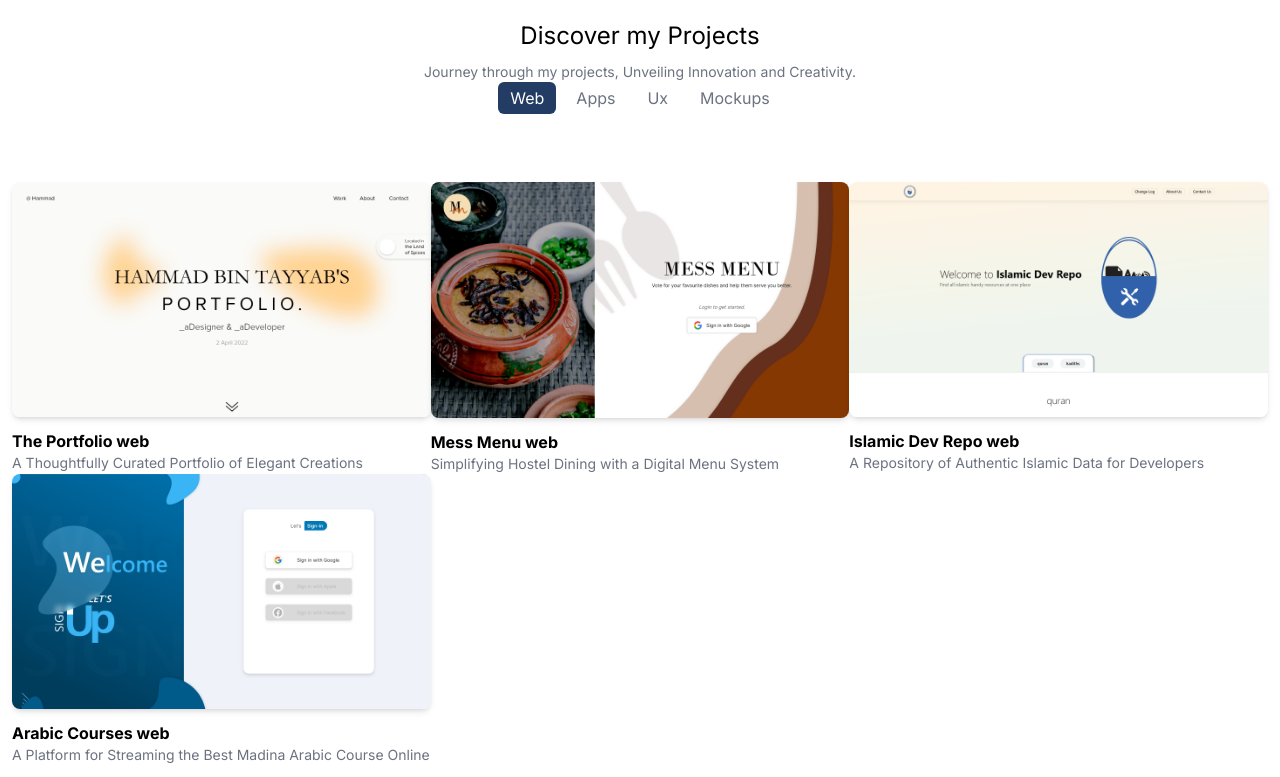
Repository: SpicierEwe/my_portfolio_v2
Page: /
An editor plug-in stored every save of this project. The page is shown before and after the next save, followed by the edit.
The browser window is 1280 px wide. The pictures show the whole page.
The project was rebuilt for these pictures with package versions that can differ from the ones it lists, and the page was loaded fresh each time. The framework's server and built-in components were replaced by stand-ins that run in the browser. Also part of the build but not shown: next.config.js, core/utils/customIcons.js, core/utils/utils.tsx, core/db/sub_db_data/ux_db.js.

Above is the page before, as saved 2024-04-22 11:10:17.

### app/page.tsx
import DevicePreview from "@/Components/Device_preview/device_preview";
import HeroSection from "@/Components/Hero_section/hero_section";
import WorkSection from "@/Components/Work_section/work_section";
import Image from "next/image";

export default function Home() {
  return (
    <main>
      {/* <div className="absolute z-30 overflow-hidden bottom-0 ">
        <DevicePreview  />
      </div> */}
      {/* <div className="overflow-hidden">
        <HeroSection />
      </div> */}

      <WorkSection />
    </main>
  );
}

### app/globals.css
@layer base {

  @font-face {
    font-family: 'Garamond';
    src: url('../public/fonts/EBGaramond-VariableFont_wght.ttf');

  }

  @font-face {
    font-family: 'Proxima Nova';
    src: url('../public/fonts/MarkSimonsonProximaNovaRegular.otf');
    font-weight: normal;
    font-style: normal;
  }


  @font-face {
    font-family: "Rage";
    src: url("../public/fonts/rage.ttf");
  }
}

@tailwind base;
@tailwind components;
@tailwind utilities;

:root {
  --foreground-rgb: 0, 0, 0;
  --background-start-rgb: 214, 219, 220;
  --background-end-rgb: 255, 255, 255;

}

@media (prefers-color-scheme: dark) {
  :root {
    --foreground-rgb: 255, 255, 255;
    --background-start-rgb: 0, 0, 0;
    --background-end-rgb: 0, 0, 0;
  }
}

body {

  /* background: #F5F5F5; */
}

### Components/Work_section/work_section.tsx
"use client";

import { db } from "../../core/db/db";
import Image from "next/image";
import Link from "next/link";
import { useState } from "react";

export default function WorkSection() {
  const navItems: string[] = Object.keys(db.portfolioItems);
  const [selectedNavItemIndex, setSelectedNavItemIndex] = useState<number>(0);
  return (
    <section className="">
      {/* header */}
      <header className="flex flex-col items-center pt-5">
        <h2 className="text-center text-2xl">Discover my Projects</h2>
        <p className="text-center text-sm mt-2.5 text-gray-500">
          Journey through my projects, Unveiling Innovation and Creativity.
        </p>
      </header>
      {/* nav */}
      <nav>
        <ul className="flex justify-center mt-6 gap-2 flex-wrap">
          {navItems.map((item, index) => {
            const isSelected: Boolean = selectedNavItemIndex == index;
            return (
              <li
                className={`${
                  isSelected ? "bg-brand-color" : ""
                } px-3 py-1 rounded-md cursor-pointer`}
                onClick={() => setSelectedNavItemIndex(index)}
                key={index}
              >
                <Link
                  href="#"
                  className={`${
                    isSelected ? "text-white" : "text-gray-500"
                  } capitalize`}
                >
                  {item}
                </Link>
              </li>
            );
          })}
        </ul>
      </nav>

      <main>
        {/* projects */}
        <div className="grid grid-cols-1 md:grid-cols-2 lg:grid-cols-3 gap-4 mt-14 px-3 py-3">
          {(db.portfolioItems as any)[navItems[selectedNavItemIndex]].map(
            (item: any, index: number) => {
              const selectedNavItemName: string =
                navItems[selectedNavItemIndex];
              const projectName: string = item["projectName"];
              const imageLink: string = item["imageLink"];
              const tagLine = item["projectTagLine"];
              return (
                <div key={index}>
                  {
                    <Image
                      className="shadow-md rounded-lg"
                      src={imageLink}
                      alt={projectName}
                      height={200}
                      width={200}
                      layout="responsive"
                    ></Image>
                  }
                  <div className="ml-1">
                    <p className="mt-3 font-bold">
                      {projectName} {selectedNavItemName}
                    </p>
                    <p className="text-gray-500 text-sm">{tagLine}</p>
                  </div>
                </div>
              );
            }
          )}
        </div>
      </main>
    </section>
  );
}

### core/db/db.js
import { websitesDb } from "./sub_db_data/websites_db";
import { appsDb } from "./sub_db_data/apps_db";
import { uxDb } from "./sub_db_data/ux_db";
import { mockupsDb } from "./sub_db_data/mockups_db";

export const db = {
  portfolioItems: {
    web: websitesDb,
    apps: appsDb,
    ux: uxDb,
    mockups: mockupsDb,
  },
};

### core/db/sub_db_data/websites_db.js
import { embedCustomLinks } from "../../utils/utils";

export const websitesDb = [
  {
    projectName: "The Portfolio",
    projectId: "e2f9658b-f9bb-4d2c-ac8c-113a56d9204f",
    projectTagLine: "A Thoughtfully Curated Portfolio of Elegant Creations",
    link: "https://hammadtayyab.vercel.app/",
    imageLink: "/images/websites/my_portfolio.png",
    info: "This portfolio project showcases a minimalist design, highlighting my work and skills with clarity and finesse. The aim was to provide a seamless user experience and intuitive navigation, creating a comprehensive and sophisticated display of my professional journey.",
    roles: [
      "Data Analyst",
      "Designer",
      "Developer",
      "Maintainer",
      "Product Manager",
      "Tester/Quality Assurance",
      "Researcher",
      "DevOps Engineer",
      "Technical Writer",
      "Project Manager",
    ],
    techStack: [
      "NextJs",
      "React",
      "TypeScript",
      "TailwindCSS",
      "HTML",
      "CSS",
      "JavaScript",
      "Git",
      "Vercel",
    ],
  },
  {
    projectId: "566ec8d6-4d5d-4f22-9580-2c574f7122fb",
    projectName: "Mess Menu",
    projectTagLine: "Simplifying Hostel Dining with a Digital Menu System",
    link: "https://messmenu.vercel.app/",
    imageLink: "/images/websites/mess_menu.png",
    info: "This project streamlines the process of hostel dining by offering a digital menu system for students. Monthly menus are curated through community voting, allowing students to have a say in their dining options. Originating from a friend's final year project, the focus was on user-centric design and functionality, ensuring a seamless experience for all users.",
    roles: [
      "Data Analyst",
      "Designer",
      "Developer",
      "Maintainer",
      "Product Manager",
      "Tester/Quality Assurance",
      "Researcher",
      "DevOps Engineer",
      "Technical Writer",
      "Project Manager",
    ],
    techStack: [
      "NextJs",
      "React",
      "HTML",
      "CSS",
      "JavaScript",
      "Git",
      "Vercel",
      "Firebase",
      "Firebase Auth",
    ],
  },
  {
    projectId: "e3a52953-0a4d-43c3-b874-bd55925f6a7e",
    projectName: "Islamic Dev Repo",
    projectTagLine: "A Repository of Authentic Islamic Data for Developers",
    link: "https://islamic-dev-repo.vercel.app/",
    imageLink: "/images/websites/islamic_dev_repo.png",
    info: "This project offers developers a curated repository of reliable Islamic data that can be seamlessly integrated into various applications. With a focus on authenticity and compatibility across multiple devices, this repository provides a trustworthy source of information for developers working on Islamic-related projects.",
    roles: [
      "Data Analyst",
      "Designer",
      "Developer",
      "Maintainer",
      "Product Manager",
      "Tester/Quality Assurance",
      "Researcher",
      "DevOps Engineer",
      "Technical Writer",
      "Project Manager",
    ],
    techStack: [
      "NextJs",
      "React",
      "HTML",
      "CSS",
      "JavaScript",
      "Git",
      "Vercel",
      "Python",
    ],
  },
  {
    projectId: "87693335-b9d6-434c-8428-5d8266482050",
    projectName: "Arabic Courses",
    projectTagLine:
      "A Platform for Streaming the Best Madina Arabic Course Online",
    link: "https://arabiccourses.vercel.app/",
    imageLink: "/images/websites/arabic_courses.png",
    info: `The goal of this project was to establish an online platform for the popular Madina Arabic course, allowing users to stream videos from the cloud and track their progress. Initially, the videos were only available for download, but this platform offers a more convenient streaming experience. You can learn more about the course at ${embedCustomLinks(
      {
        link: "https://abdurrahman.org/arabic-learning/dvds/",
        title: "AbdurRahman.Org",
      }
    )}. Arabic Courses enhances accessibility and convenience for users, making the learning process smoother and more enjoyable.`,
    roles: [
      "Data Analyst",
      "Designer",
      "Developer",
      "Maintainer",
      "Product Manager",
      "Tester/Quality Assurance",
      "Researcher",
      "DevOps Engineer",
      "Technical Writer",
      "Project Manager",
    ],
    techStack: [
      "NextJs",
      "React",
      "HTML",
      "CSS",
      "JavaScript",
      "Git",
      "Vercel",
      "Firebase",
      "Firebase Auth",
    ],
  },
];

### core/db/sub_db_data/apps_db.js
import { embedCustomLinks } from "../../utils/utils";

export const appsDb = [
  {
    projectId: "38384ae3-5586-40be-b025-c9c3ad1094ef",
    projectName: "al Qur'an",
    projectTagLine: "All about the Qur'an in one app.",

    link: "https://play.google.com/store/apps/details?id=com.spicierewe.al_quran",

    imageLink: "/images/apps/al_quran.png",

    info: `The "al Qur'an" app offers a comprehensive experience of the Qur'an for users around the world. It includes a wide range of translations in various languages, tafseer (exegesis), access to over 49 reciters and translators, and much more. All data is sourced from the reliable platform ${embedCustomLinks(
      { link: "https://quran.com", title: "quran.com" }
    )}.`,

    roles: [
      "Data Analyst",
      "Designer",
      "Developer",
      "Maintainer",
      "Product Manager",
      "Tester/Quality Assurance",
      "Researcher",
      "DevOps Engineer",
      "Technical Writer",
      "Project Manager",
    ],

    techStack: ["Flutter", "Dart", "Git", "Adobe XD"],

    platforms: ["Android"],
  },
  {
    projectId: "1eeb435f-acbd-41e8-b826-440959bb6a57",
    projectName: "Riddle Me",
    projectTagLine: "Riddle Me: Unraveling Minds, One Clue at a Time!",

    link: "https://play.google.com/store/apps/details?id=com.spicierewe.RiddleMe",

    imageLink: "/images/apps/riddle_me.png",

    info: "Riddle Me is an engaging and challenging game designed to test your intelligence and problem-solving skills. This game stimulates creative thinking and encourages you to approach problems from different perspectives.",

    roles: [
      "Data Analyst",
      "Designer",
      "Developer",
      "Maintainer",
      "Product Manager",
      "Tester/Quality Assurance",
      "Researcher",
      "DevOps Engineer",
      "Technical Writer",
      "Project Manager",
    ],

    techStack: ["Flutter", "Dart", "Git", "Adobe XD"],

    platforms: ["Android"],
  },
  {
    projectId: "2ae7005c-16e2-4fe5-b7b0-20f5f826321e",
    projectName: "Food Deals",
    projectTagLine: "Find the best food deals at your fingertips.",

    link: "https://play.google.com/store/apps/details?id=com.spicierewe.food_deals",

    imageLink: "/images/apps/food_deals.png",

    info: "Food Deals is an app that helps users discover the best offers and discounts on their favorite food delivery services. Save money and enjoy your favorite meals by comparing prices across different platforms.",

    roles: [
      "Data Analyst",
      "Designer",
      "Developer",
      "Maintainer",
      "Product Manager",
      "Tester/Quality Assurance",
      "Researcher",
      "DevOps Engineer",
      "Technical Writer",
      "Project Manager",
    ],

    techStack: ["Flutter", "Dart", "Git", "Adobe XD"],

    platforms: ["Android"],
  },
  {
    projectId: "627de94f-59b4-4f85-bcf4-df6fbf22714e",
    projectName: "Hadith Collection",
    projectTagLine: "Access authentic hadiths of the Prophet Muhammad (pbuh).",

    link: "https://play.google.com/store/apps/details?id=com.spicierewe.ahadith_collection",

    imageLink: "/images/apps/ahadith_collection.png",

    info: `The "Hadith Collection" app provides a comprehensive and authentic collection of hadiths of the Prophet Muhammad (pbuh). It includes data from various reputable sources such as ${embedCustomLinks(
      { link: "https://sunnah.com", title: "sunnah.com" }
    )} for Arabic and English, and ${embedCustomLinks({
      link: "https://github.com/pakjiddat/islam-companion-web-api",
      title: "islam-companion-web-api",
    })} for Urdu data.`,

    roles: [
      "Data Analyst",
      "Designer",
      "Developer",
      "Maintainer",
      "Product Manager",
      "Tester/Quality Assurance",
      "Researcher",
      "DevOps Engineer",
      "Technical Writer",
      "Project Manager",
    ],

    techStack: ["Flutter", "Dart", "Git", "Adobe XD"],

    platforms: ["Android"],
  },
  {
    projectId: "7468bdef-5b24-454e-ae99-dd0a558441d7",
    projectName: "Study Practice",
    projectTagLine: "Practice makes perfect.",

    link: "https://play.google.com/store/apps/details?id=com.spicierewe.study_practice",

    imageLink: "/images/apps/study_practice.png",

    info: "Study Practice is a study companion app designed to help students prepare for competitive exams such as NEET and JEE. The app offers past exam questions, mock tests, and real-time progress tracking along with official study material.",

    roles: [
      "Data Analyst",
      "Designer",
      "Developer",
      "Maintainer",
      "Product Manager",
      "Tester/Quality Assurance",
      "Researcher",
      "DevOps Engineer",
      "Technical Writer",
      "Project Manager",
    ],

    techStack: ["Flutter", "Dart", "Git", "Adobe XD"],

    platforms: ["Android"],
  },
];

### core/db/sub_db_data/mockups_db.js
export const mockupsDb = [
  {
    phone_mockup_links: [],
    other_mockup_links: [
      "/images/mockups/eat_healthy_mockup.svg",
      "/images/mockups/bot_mockup_theme_light.svg",
      "/images/mockups/bot_mockup_theme_dark.svg",
      "/images/mockups/the_perfume_lab_price_list.png",
      "/images/mockups/noraty_business_hero_section.svg",
      "/images/mockups/gr_showcase.png",
      "/images/mockups/just_moved_showcase.png",
      "/images/mockups/archer_product_design.png",
      "/images/mockups/the_connection_poster.png",
      "/images/mockups/social_flow_flyer.png",
      "/images/mockups/LVD_roll_up_banner.png",
      "/images/mockups/ATS_flyer.png",
    ],
  },
];

### tailwind.config.js
const { reverse } = require("dns");
const defaultTheme = require("tailwindcss/defaultTheme");

/** @type {import('tailwindcss').Config} */
module.exports = {
  content: [
    "./pages/**/*.{js,ts,jsx,tsx,mdx}",
    "./components/**/*.{js,ts,jsx,tsx,mdx}",
    "./app/**/*.{js,ts,jsx,tsx,mdx}",
    "./core/**/*.{js,ts,jsx,tsx,mdx}",
  ],
  theme: {
    extend: {
      screens: { xs: { max: "640px" } },

      maxWidth: {
        "120rem": "120rem",
      },

      backgroundImage: {
        "gradient-radial": "radial-gradient(var(--tw-gradient-stops))",
        "gradient-conic":
          "conic-gradient(from 180deg at 50% 50%, var(--tw-gradient-stops))",
      },

      colors: {
        "brand-color": "#223c63",
        "primary-color": "#ffffff",
        "secondary-color": "#00A699",
        "accent-color": "#779ace",
      },

      keyframes: {
        wiggle: {
          "0%, 100%": { transform: "rotate(-3deg)" },
          "50%": { transform: "rotate(3deg)" },
        },

        levitate: {
          "0%": { transform: "translateY(50px)" },
          "50%": { transform: "translateY(-30px)  scale(1.1)" },
          "100%": { transform: "translateY(50px)" },
        },
        levitate_reverse: {
          "0%": { transform: "translateY(-90px)" },
          "50%": { transform: "translateY(30px)  scale(1.1)" },
          "100%": { transform: "translateY(-90px)" },
        },
      },

      animation: {
        "spin-slow": "spin 3s linear infinite",
        wiggle: "wiggle 1s ease-in-out infinite",
        levitate: "levitate 5s ease-in-out infinite",
        levitate_reverse: "levitate_reverse 5s ease-in-out infinite reverse",
      },

      fontFamily: {
        garmond: ["Garmond", ...defaultTheme.fontFamily.serif],
        custom_sans: ["Proxima Nova", ...defaultTheme.fontFamily.sans],
      },

      height: {
        dvh: "100dvh",
      },
    },
  },

  variants: {
    backgroundColor: ["responsive", "hover", "focus", "active"],
  },

  plugins: [],
};

Loaded but not shown: app/layout.tsx (common file)

After the next save:
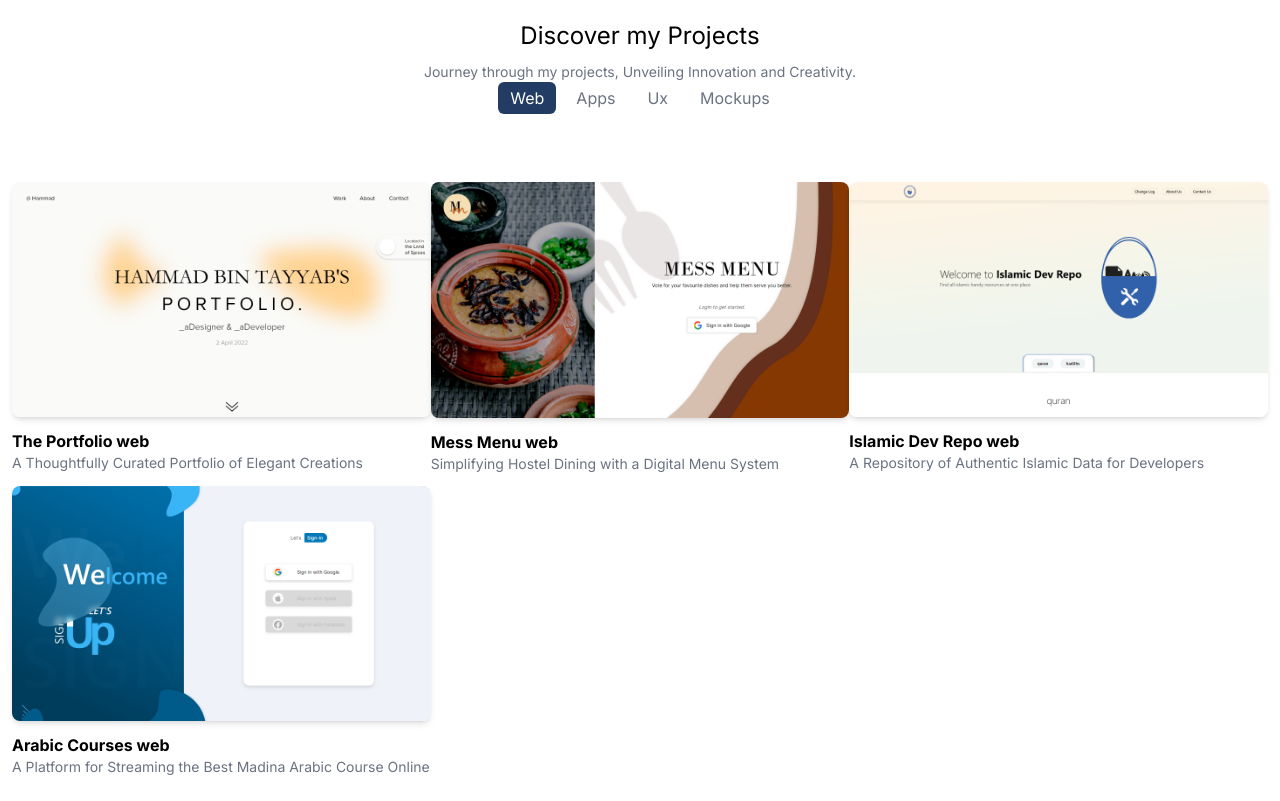
Saved 10 s later.
--- a/Components/Work_section/work_section.tsx
+++ b/Components/Work_section/work_section.tsx
@@ -66,7 +66,7 @@ export default function WorkSection() {
                       layout="responsive"
                     ></Image>
                   }
-                  <div className="ml-1">
+                  <div className="ml-1 mb-3">
                     <p className="mt-3 font-bold">
                       {projectName} {selectedNavItemName}
                     </p>
